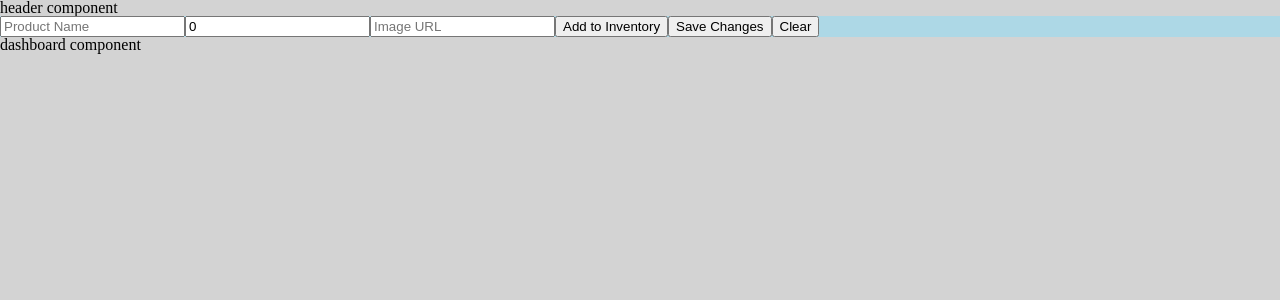
Repository: ooter37/shelfie
Page: /
These files come from the project's save history. The page is drawn as it stood at one moment and after the next save; the edit follows.
The browser window is 1280 px wide. The pictures show the whole page.
The page's requests for data from a server got no answer. The project was rebuilt for these pictures with package versions that can differ from the ones it lists, and the page was loaded fresh each time. No one was signed in, and anything a server would have sent is missing. Also part of the build but not shown: src/Components/Product/Product.js.

Above is the page before, as saved 2020-04-03 21:21:29.

After the next save:
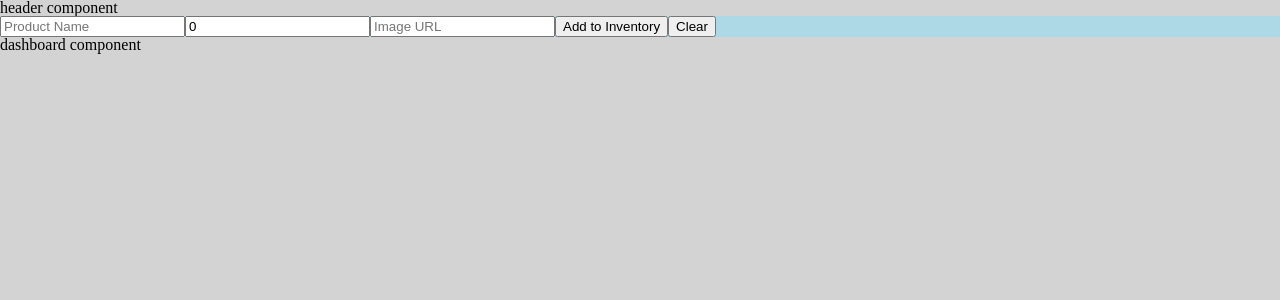
Saved 14 min 50 s later.
--- a/src/Components/Form/Form.js
+++ b/src/Components/Form/Form.js
@@ -90,7 +90,7 @@
                     placeholder='Image URL'
                 ></input>
                 <button onClick={this.addProduct}>Add to Inventory</button>
-                <button onClick={this.props.updateProduct(this.props.selected)}>Save Changes</button>
+                {/* <button onClick={this.props.updateProduct(this.props.selected)}>Save Changes</button> */}
                 <button
                     onClick={this.resetButton}
                 >Clear</button>

After the save that followed:
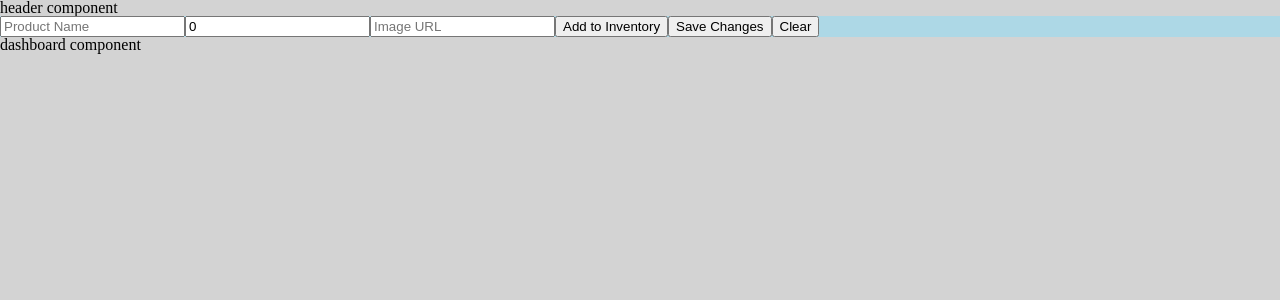
Saved 65 s later.
--- a/src/Components/Form/Form.js
+++ b/src/Components/Form/Form.js
@@ -90,7 +90,7 @@
                     placeholder='Image URL'
                 ></input>
                 <button onClick={this.addProduct}>Add to Inventory</button>
-                {/* <button onClick={this.props.updateProduct(this.props.selected)}>Save Changes</button> */}
+                <button onClick={this.props.updateProduct(this.props.selected)}>Save Changes</button>
                 <button
                     onClick={this.resetButton}
                 >Clear</button>
